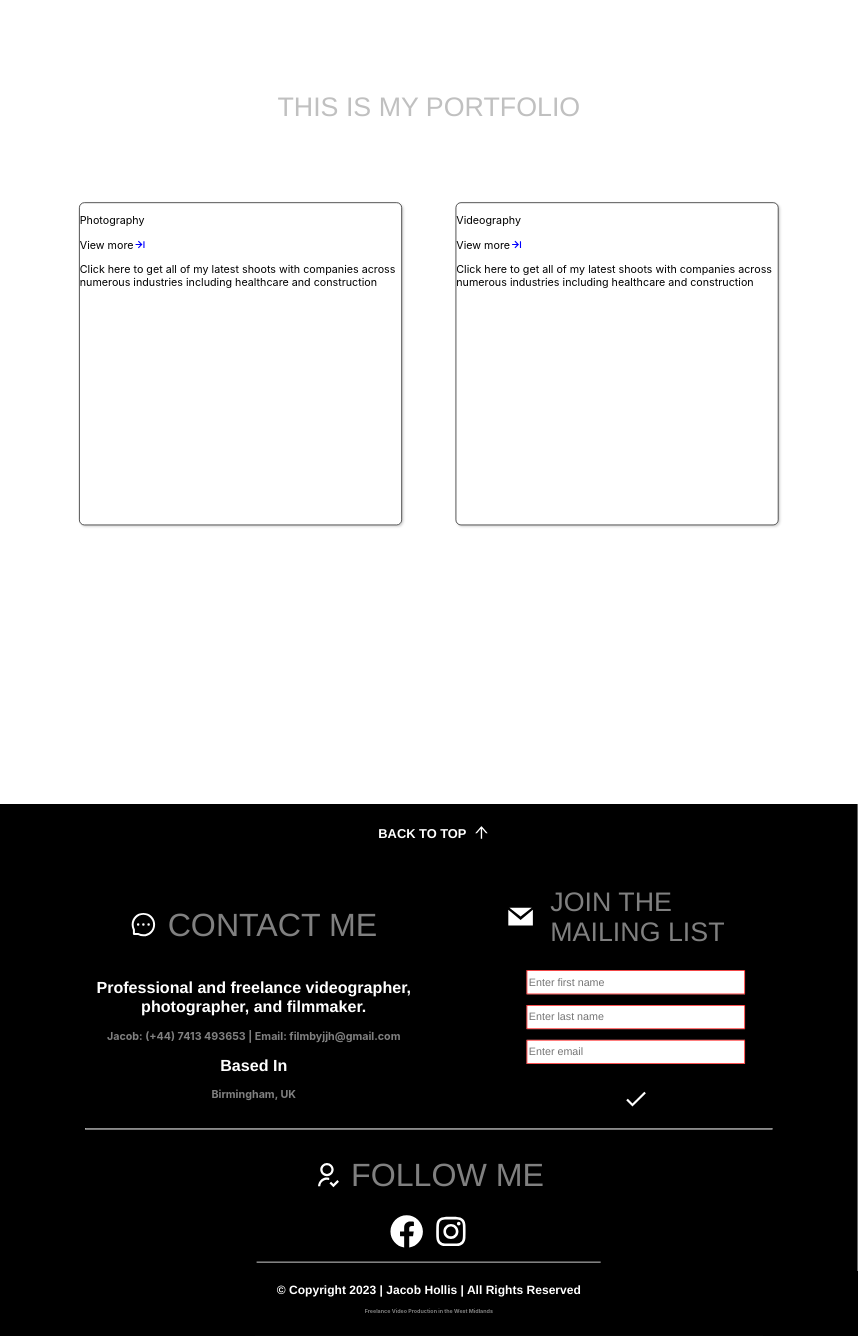
Repository: ThomasMTurner/filmbyjjh-portfolio
Page: /portfolio (app in client/)
An editor plug-in stored every save of this project. The page is shown before and after the next save, followed by the edit.
The browser window is 1280 px wide. The pictures show the whole page, at 67% of full size.
The project was rebuilt for these pictures with package versions that can differ from the ones it lists, and the page was loaded fresh each time. Also part of the build but not shown: client/vite.config.js, client/src/pages/Components/TagComponents.jsx, client/src/pages/Components/Post.jsx, client/src/pages/Components/SearchBar.jsx, client/src/pages/Updates.jsx, client/src/pages/Contact.jsx, client/src/pages/Components/InitialLogin.jsx, client/src/pages/Home.jsx and 2 more. Imported but missing from the stored project, and not drawn on this page: client/src/pages/Components/Videos/header.mp4, client/src/pages/Components/Videos/portfolio-reel.mp4.

Above is the page before, as saved 2023-10-20 12:53:21.

### client/public/index.html
<!DOCTYPE html>
<html lang="en">
  <head>
    <meta charset="utf-8" />
    <link rel="icon" href="%PUBLIC_URL%/favicon2.ico" />
    <meta name="viewport" content="width=device-width, initial-scale=1" />
    <meta name="theme-color" content="#000000" />
    <meta
      name="description"
      content="Web site created using create-react-app"
    />
    <link rel="apple-touch-icon" href="%PUBLIC_URL%/logo192.png" />
    <!--
      manifest.json provides metadata used when your web app is installed on a
      user's mobile device or desktop. See https://developers.google.com/web/fundamentals/web-app-manifest/
    -->
    <link rel="manifest" href="%PUBLIC_URL%/manifest.json" />
    <!--
      Notice the use of %PUBLIC_URL% in the tags above.
      It will be replaced with the URL of the `public` folder during the build.
      Only files inside the `public` folder can be referenced from the HTML.

      Unlike "/favicon.ico" or "favicon.ico", "%PUBLIC_URL%/favicon.ico" will
      work correctly both with client-side routing and a non-root public URL.
      Learn how to configure a non-root public URL by running `npm run build`.
    -->
    <title>FILM.BY.JJH</title>
  </head>
  <body>
    <noscript>You need to enable JavaScript to run this app.</noscript>
    <div id="root"></div>
    <!--
      This HTML file is a template.
      If you open it directly in the browser, you will see an empty page.

      You can add webfonts, meta tags, or analytics to this file.
      The build step will place the bundled scripts into the <body> tag.

      To begin the development, run `npm start` or `yarn start`.
      To create a production bundle, use `npm run build` or `yarn build`.
    -->
  </body>
</html>

### client/src/index.jsx
import React from 'react';
import ReactDOM from 'react-dom/client';
import './index.css';
import App from './App';
import { UserRoleProvider } from './userRoleContext';


const root = ReactDOM.createRoot(document.getElementById('root'));
root.render(
  <React.StrictMode>
    <UserRoleProvider>
      <App />
    </UserRoleProvider>
  </React.StrictMode>
);

### client/src/App.jsx
import { useLocation, useNavigate, Route, Outlet, BrowserRouter as Router, Routes} from 'react-router-dom';
import { useEffect, useState, Suspense } from 'react';
import { CSSTransition } from 'react-transition-group';
import { ColorRing } from 'react-loader-spinner';
import React from 'react';
import NavBar from "./pages/Components/Navbar"
import Footer from "./pages/Components/Footer";
import Updates from './pages/Updates';
import Contact from './pages/Contact';
import Home from './pages/Home';
import { EventHighlights, PromotionalMaterial } from './pages/Videography';
import SubNav from './pages/Components/SubNav';
import Portfolio from './pages/Portfolio';


//page to capture individual shoots or projects, want back button at top right with title

const VideoPage = () => {
  const navigate = useNavigate();
  const location = useLocation();

  useEffect(() => {
    if (location.pathname == '/video'){
      navigate('/video/event-highlights');
    }
  }, [navigate, location]);

  return (
    <div className='video-page-wrapper'>
      <div className='sideline-content'>
        <SubNav
          title="Videography Content"
          parentLink="video"
          links={{"Event highlights": "event-highlights", "Promotional material": "promotional-material", "Drone footage": "my-first-highlight-reel" }}
          subLinks={{'event highlights': {"Shoots": {"Atlas Gym": "/video/links/atlas-gym"}, "Individual projects":{}}}}
          className='subnav'
        />
        <p className='sideline-content-text'>Welcome to the videography page, you can view all of my highlighted video projects on the right by scrolling. You can also look into each project by clicking on the button inside the caption. </p>
      </div>

      <div className='page-content-wrapper'>
        <Routes>
          <Route path="/event-highlights" element={<EventHighlights />} />
          <Route path="/promotional-material" element={<PromotionalMaterial />} />
        </Routes>
      </div>
    </div>
  );
};




const PhotoPage = () => {
    const navigate = useNavigate();
    const location = useLocation();

    useEffect(() => {
      if (location.pathname == '/video'){
        navigate('/video/event-highlights');
      }
    }, [navigate, location]);

    return (
      <div className='photo-page-wrapper'>
        <SubNav
          title="Photography Content"
          parentLink="photo"
          links={{}}
        />
        <Routes>
          <Route path="/" element={<EventHighlights />} />
        </Routes>
      </div>
    );

}


const LoadingPage = () => {
  return (
    <div className='loading-page'>
      <ColorRing
        className='loading-spinner'
        visible={true}
        height="100"
        width="100"
        ariaLabel="blocks-loading"
        wrapperStyle={{}}
        wrapperClass="blocks-wrapper"
        colors={['#000000', '#808080', '#C0C0C0', '#808080', '#000000']}
    />

      <p>Loading, please wait...</p>
    </div>
  )
}


const Layout = () => {
  const [showFooter, setShowFooter] = useState(false);

  useEffect(() => {
    const handleScroll = () => {
      const content = document.getElementById('content');
      if (content) {
        const scrollOffset = content.offsetHeight - document.documentElement.clientHeight;
        setShowFooter(window.pageYOffset >= scrollOffset);

      }
    };

    window.addEventListener('scroll', handleScroll);

    return () => {
      window.removeEventListener('scroll', handleScroll);
    };
  }, []);


      return (
        <div className='layout-wrapper'>
          <CSSTransition
           in={!showFooter}
           timeout={300}
           classNames='nav-transition'
           unmountOnExit>
            <NavBar id='nav' />
          </CSSTransition>
          <div id="content">
            <Outlet/>
          </div>
          <Footer/>
        </div>
      );
    };

/*
Notes for later:


*/


export default function App() {
  return (
    <div className="App">
      <Router>
        <Suspense fallback={<LoadingPage />} timeout={200}>
          <Routes>
            <Route path="/" element={<Layout />}>
              <Route index element={<Home />} />
              <Route path="/updates" element={<Updates />} />
              <Route path="/contact" element={<Contact />} />
              <Route path="/portfolio" element={<Portfolio/>} />
                <Route path="/portfolio/video/*" element={<VideoPage />} />
                <Route path="/portfolio/photo/*" element={<PhotoPage />} />
            </Route>
          </Routes>
        </Suspense>
      </Router>
    </div>
  );
}

### client/src/userRoleContext.jsx
import {useState, createContext} from 'react';

export const UserRoleContext = createContext();

export const UserRoleProvider = ({children}) => {
    const [userRole, setUserRole] = useState(null);
    return (
        <UserRoleContext.Provider value ={{userRole, setUserRole}}>
            {children}
        </UserRoleContext.Provider>
    );
};

### client/src/pages/Components/Navbar.jsx
import './main_styles.css'
import JacobLogo from './Images/jacob-logo.jpg';
import { useState, useEffect } from 'react';
import { NavLink } from 'react-router-dom';
import { motion } from 'framer-motion';
import Hamburger from 'hamburger-react';
import { CSSTransition } from 'react-transition-group';
import classNames from 'classnames';
import {BiSolidRightArrow} from 'react-icons/bi';



function DropDownMenu(props) {
  const isMobileNav = props.isMobileNav;

  const mobileContainer = {
    hidden: {
      opacity:0,
      y: -10
    },
    show: {
      opacity: 1,
      transition: {
        staggerChildren: 0.2,
        duration: 0.5
      },
      y:0
    }
  }

  const mobileItem = {
    hidden: {
      opacity: 0,
      y: -10
    },
    show: {
      opacity: 1,
      y: 0

    }
  }

  if (isMobileNav){
  return (
  <motion.div
    variants = {mobileContainer}
    initial = "hidden"
    animate = "show"
            >

        <ul className='test-sub-menu' onMouseLeave={() => (!isMobileNav) && props.setVideoSubMenu(false)}>
          {Object.entries(props.links).map(([key, value], index) => (
            <motion.div
                        whileHover={{x:5}}
                        transition={{type:"string", duration:0.2, stiffness:300, damping:50}}
                        initial= "hidden"
                        animate= "show"
                        variants={mobileItem}
                        >
              <li>

                <NavLink
                  exact
                  to={value}
                  className={({ isActive }) => (isActive ? 'active-sub-nav-item' : 'sub-nav-item')}
                  key={index}
                >
                  {key}
                </NavLink>
              </li>
            </motion.div>
          ))}
        </ul>
    </motion.div>

  );
   }
  else {
    return (
      <motion.div initial={{x:200, y:-65, opacity:0}}
                  animate ={{y:-55, opacity:1}}
                  transition={{type:"string", duration:0.2, stiffness:300, damping:50}}>
        <ul className='test-sub-menu' onMouseLeave={() => (!isMobileNav) && props.setVideoSubMenu(false)}>
          {Object.entries(props.links).map(([key, value], index) => (
            <motion.div transition={{type:"string", duration:0.2, stiffness:300, damping:50}}>
              <li>
                <NavLink
                  exact
                  to={value}
                  className={({ isActive }) => (isActive ? 'active-sub-nav-item' : 'sub-nav-item')}
                  key={index}
                >
                  {key}
                </NavLink>
              </li>
            </motion.div>
          ))}
        </ul>
      </motion.div>
    )
  }
}





export default function NavBar() {
    const [isToggled, setToggled] = useState(false);
    const [isMobileNav, setMobileNav] = useState(false);
    const [VideoSubMenu, setVideoSubMenu] = useState(false);
    const [dimensions, setDimensions] = useState({width:null, height:null})
    const [dropDownOpener, setDropDownOpener] = useState('+');


    const handleToggle = () => {
      setToggled(!isToggled);
    }


    function useDimensions() {
      useEffect(() => {
        const handleDimensions = () => {
          setDimensions({ width: window.innerWidth, height: window.innerHeight });
        };
        window.addEventListener("resize", handleDimensions);
        handleDimensions();
        return () => window.removeEventListener("resize", handleDimensions);
      }, []);
    }

    function useResize() {
      useEffect(() => {
        const handleResize = () => {
          const width = window.innerWidth;
          setMobileNav(width <= 768);
          setToggled(!isMobileNav)
        };

        window.addEventListener("resize", handleResize);
        handleResize();
        return () => window.removeEventListener("resize", handleResize);
      }, []);
    }




    const logoClasses = classNames({
      'main-logo-wrapper': true,
      'logo-reposition': isMobileNav
    })


    const handleMobileDropDownClick = () => {
      setVideoSubMenu(!VideoSubMenu);
      if (dropDownOpener == '+'){
        setDropDownOpener('-');
      }
      else{
        setDropDownOpener('+');
      }
    }



    useDimensions()
    useResize()



    return (

    <div className="app-wrapper">
      <nav className='Navigation'>
        <div className={logoClasses}>
          <img src={JacobLogo} className="main-logo" alt="Jacob's Logo"/>
        </div>
        <button onClick={() => handleToggle()} className="hamburger-menu-icon">
          <Hamburger toggled={isToggled} toggle={setToggled} size={30} color={"white"} />
        </button>
          {isToggled &&

              <ul className="nav-wrapper">
                <li>
                  <NavLink exact to="/" className={({ isActive }) => (isActive ? 'active-nav-item' : 'nav-item')}>Home</NavLink>
                </li>
                <li>
                  <NavLink exact to="/updates" className={({ isActive }) => (isActive ? 'active-nav-item' : 'nav-item')}>Updates</NavLink>
                </li>
                <li onMouseEnter={() => (!isMobileNav) && setVideoSubMenu(true)} onMouseLeave ={() => (!isMobileNav) && setVideoSubMenu(false)}>
                  <NavLink exact to="/portfolio" className={({ isActive }) => (isActive ? 'active-nav-item' : 'nav-item')}>Portfolio</NavLink>
                  {isMobileNav && <button className='drop-down-mobile-button' onClick={() => handleMobileDropDownClick()}> {dropDownOpener} </button>}
                  {VideoSubMenu && (
                    <DropDownMenu
                      VideoSubMenu={VideoSubMenu}
                      setVideoSubMenu={setVideoSubMenu}
                      isMobileNav={isMobileNav}
                      links={{ 'Home': '/portfolio', 'Videography': '/portfolio/video', 'Photography': '/portfolio/photo' }}
                    />

  )}
                </li>
                <li>
                  <NavLink exact to="/contact" className={({ isActive }) => (isActive ? 'active-nav-item' : 'nav-item')}>Contact</NavLink>
                </li>
              </ul>


          }

      </nav>
    </div>

    );

  }

### client/src/pages/Portfolio.jsx
import { useNavigate } from 'react-router-dom';
import { BiArrowToRight } from 'react-icons/bi';

const PortfolioCard = (props) => {
    const navigate = useNavigate();
    console.log(props.title.toLowerCase().slice(0, 5))
    return (
        <div className='portfolio-card'>
            <p>{props.title}</p>
            <button className='portfolio-card-button' type="button" onClick={() => navigate(`/portfolio/${props.title.toLowerCase().slice(0, 5)}`)}>View more <BiArrowToRight color={'blue'} size={20} /></button>
            <p>{props.desc}</p>
        </div>
    )
}
export default function Portfolio() {
    return(
        <div style={{display:'flex', flexDirection:'column', justifyContent:'center', alignItems:'center', width:'100%', gap:'5rem', minHeight:'75rem', position:'relative', bottom:'10rem'}}>
            <p style={{fontFamily:'helvetica', fontWeight:'200', fontSize:'2.5rem', color:'silver'}}>THIS IS MY PORTFOLIO</p>
            <div style={{display:'flex', flexDirection:'row', justifyContent:'center', alignItems:'center', width:'100%', gap:'5rem'}}>
                <PortfolioCard title="Photography" desc="Click here to get all of my latest shoots with companies across numerous industries including healthcare and construction" />
                <PortfolioCard title="Videography" desc="Click here to get all of my latest shoots with companies across numerous industries including healthcare and construction" />
            </div>
        </div>
    )
}

### client/src/pages/Components/ScrollButton.jsx
import './main_styles.css';
import { useState } from 'react';
import {AiOutlineArrowUp} from 'react-icons/ai';

export default function ScrollButton () {
    const [iconActive, setIconActive] = useState(false);
    const handlePress = () => {
        window.scrollTo({top:0, left:0, behavior:"smooth"});
    }

    const handleIconState = () => {
        setIconActive(!iconActive);
    }

    const handleIconColour = () => {
        if (iconActive) {
            return 'gray';
        }
        else {
            return 'white';
        }
    }


    return (
        <div className='scroll-button-wrapper' onMouseEnter={handleIconState} onMouseLeave={handleIconState}>
            <button onClick={handlePress} className='scroll-button'>BACK TO TOP
            <AiOutlineArrowUp width='200' height='200' color={handleIconColour()} className='scroll-icon'/>
            </button>

        </div>
    );
}

Loaded but not shown: client/src/index.css (common file); client/src/pages/Components/main_styles.css (2534 lines, source omitted); client/src/pages/Components/Footer.jsx (238 lines, source omitted)

After the next save:
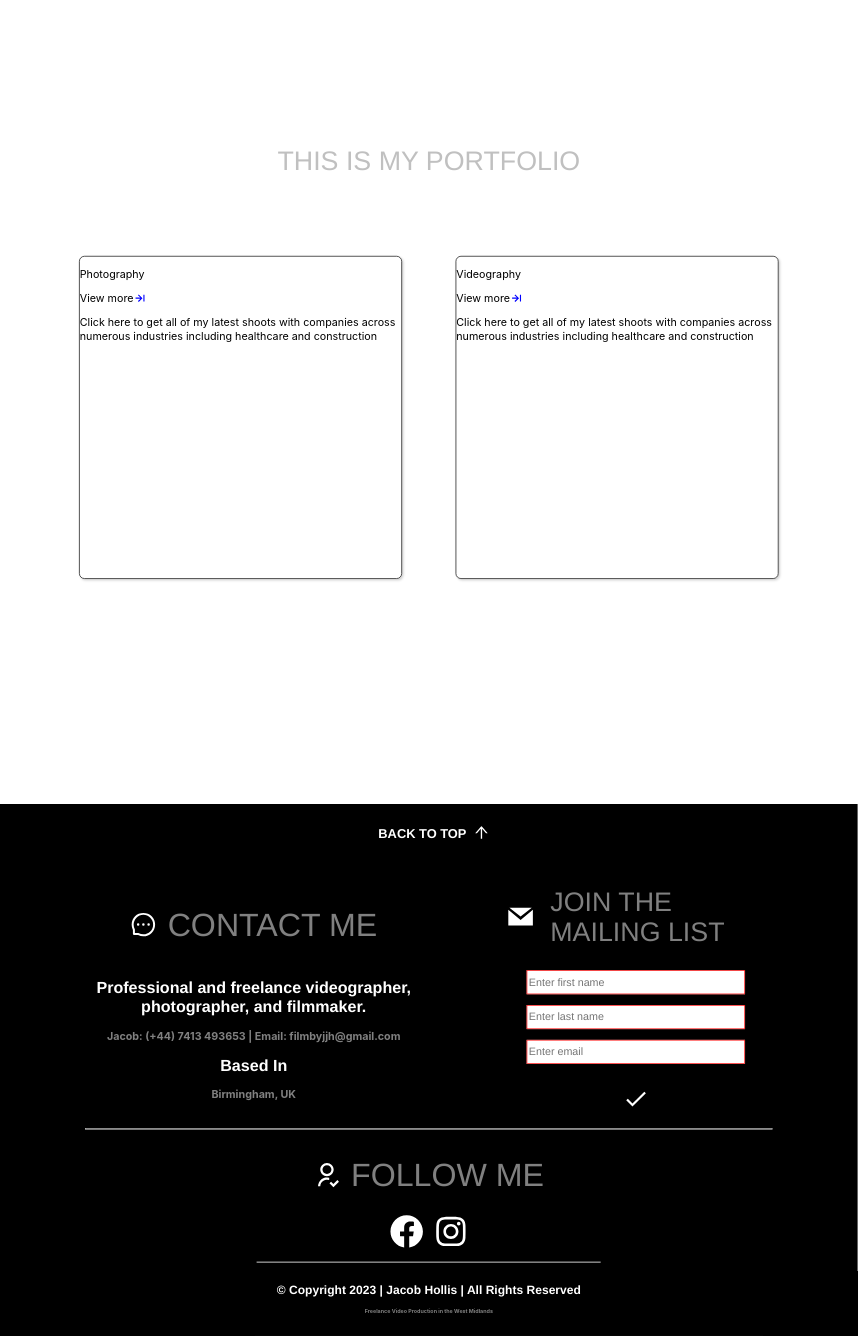
Saved 13 s later.
--- a/client/src/pages/Portfolio.jsx
+++ b/client/src/pages/Portfolio.jsx
@@ -14,7 +14,7 @@ const PortfolioCard = (props) => {
 }
 export default function Portfolio() {
     return(
-        <div style={{display:'flex', flexDirection:'column', justifyContent:'center', alignItems:'center', width:'100%', gap:'5rem', minHeight:'75rem', position:'relative', bottom:'10rem'}}>
+        <div style={{display:'flex', flexDirection:'column', justifyContent:'center', alignItems:'center', width:'100%', gap:'5rem', minHeight:'75rem', position:'relative', bottom:'5rem'}}>
             <p style={{fontFamily:'helvetica', fontWeight:'200', fontSize:'2.5rem', color:'silver'}}>THIS IS MY PORTFOLIO</p>
             <div style={{display:'flex', flexDirection:'row', justifyContent:'center', alignItems:'center', width:'100%', gap:'5rem'}}>
                 <PortfolioCard title="Photography" desc="Click here to get all of my latest shoots with companies across numerous industries including healthcare and construction" />
